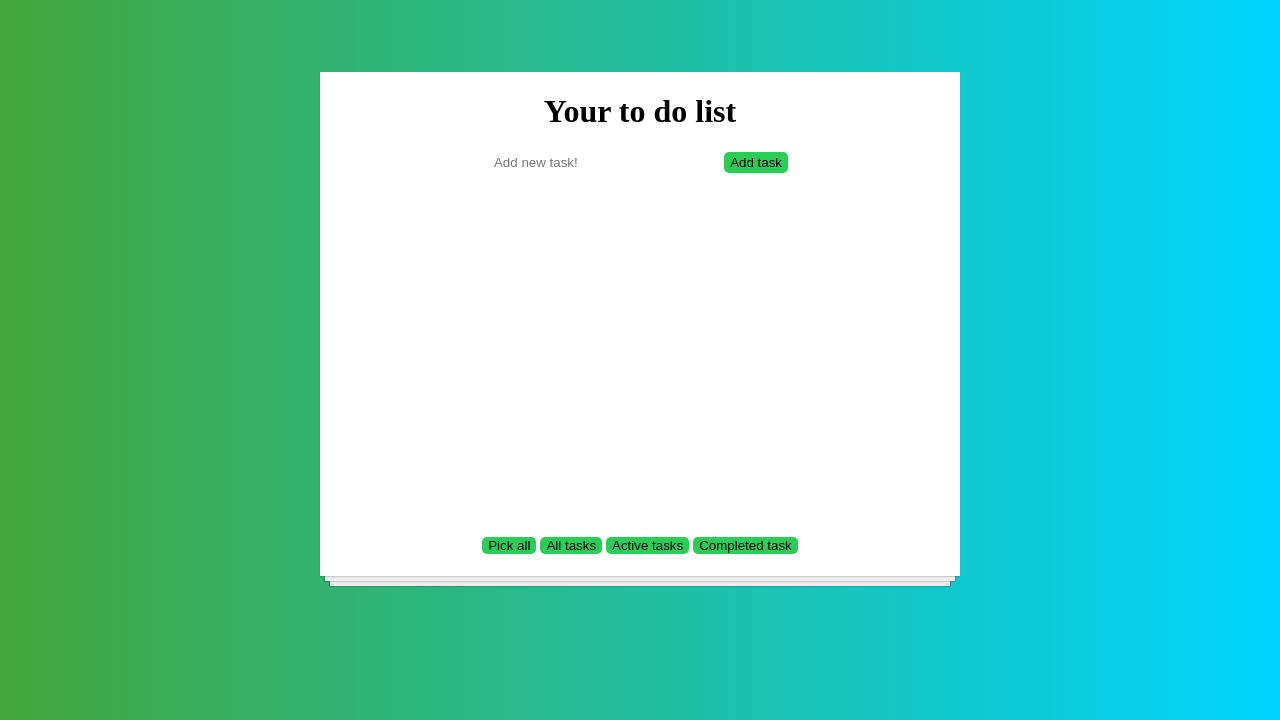
Repository: FetterDev/to-do-v2
Page: index.html
These files come from the project's save history. The page is drawn as it stood at one moment and after the next save; the edit follows.
The browser window is 1280 px wide. The pictures show the whole page.

Above is the page before, as saved 2020-07-20 15:08:29.

After the next save:
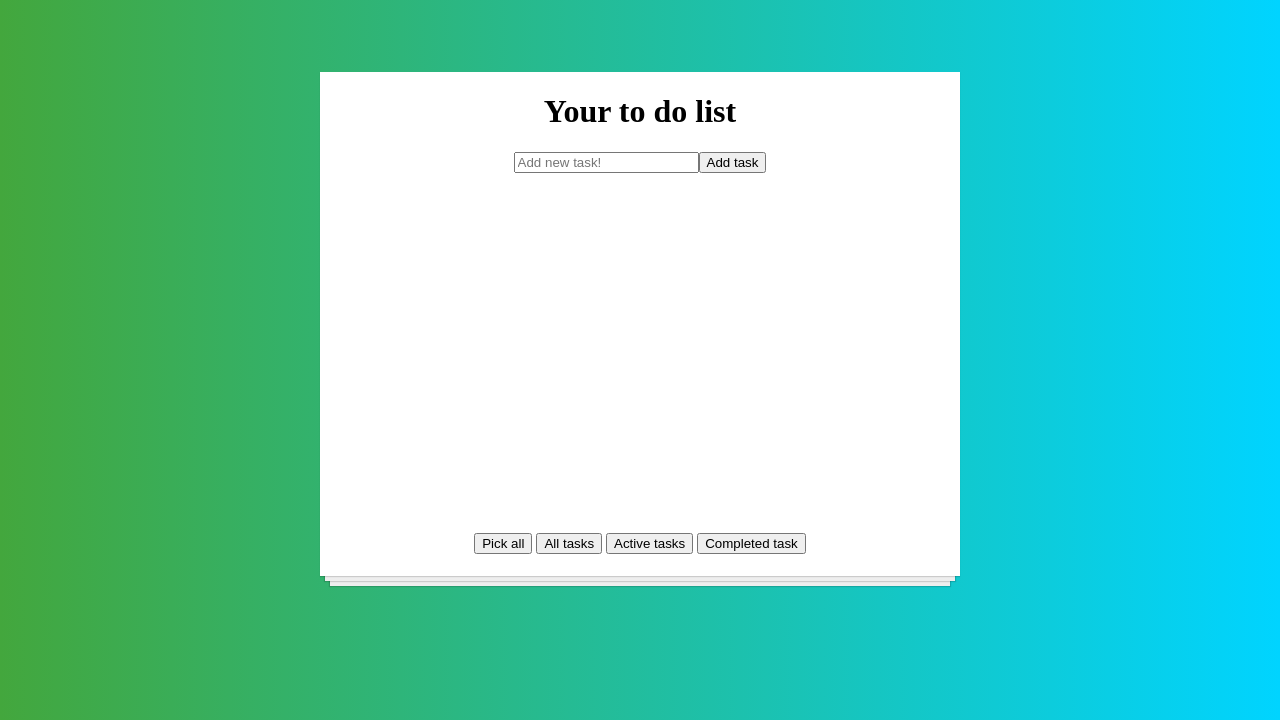
Saved 6 min 53 s later.
--- a/style.css
+++ b/style.css
@@ -45,8 +45,10 @@ h1{
 
   }
   .text-holder{
-      border: none;
+      border-color: linear-gradient(90deg, rgba(2,0,36,1) 0%, rgba(67,167,61,1) 0%, rgba(0,212,255,1) 100%);
+    };
      margin-right: 4vw;
+
   }
   .button{
       border-radius: 5px;
